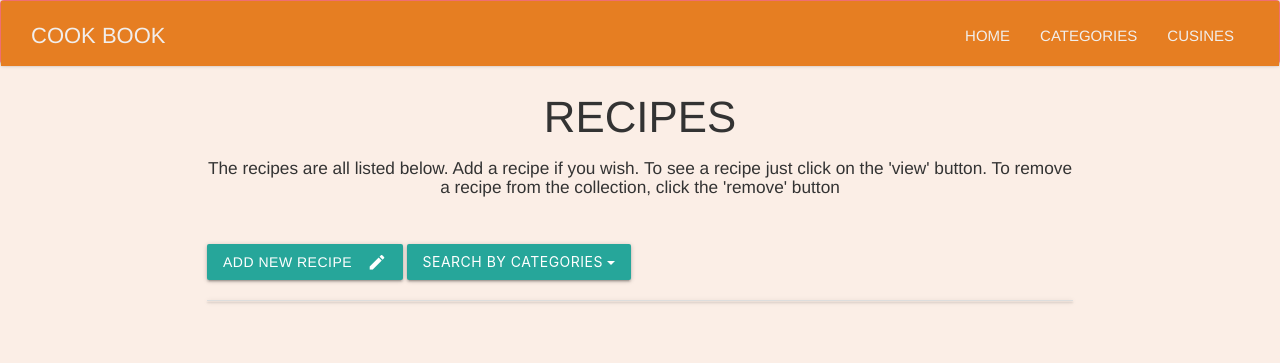
Repository: atena123/COOK-BOOK
Page: http://localhost/
The author's editor kept a record of every edit. The page is drawn from the files as they stood at one moment, then again after the next edit.
The browser window is 1280 px wide. The pictures show the whole page.
Some web libraries are served in a nearby version. The page is served by the project's application, run on Flask 3 (app.py). Queries for data that is not in the repository find no rows.

Above is the page before.

### templates/recipes.html
{% extends 'base.html' %}

    {% block content %}

    <h3>RECIPES</h3>

    <h6>The recipes are all listed below. Add a recipe if you wish. To see a recipe just click on the 'view' button. To remove
    a recipe from the collection, click the 'remove' button</h6>

    <!--Add New Recipe Button-->
    <div class="row">
      <a href="{{url_for('add_recipe')}}" class="waves-effect waves-light btn"><i class="material-icons right add-new-recipe-button">edit</i>ADD NEW RECIPE</a>
    <!--/.Add New Recipe Button-->

    <!--Search By Category Button-->
        <div class="btn-group">
          <button type="button" class="btn btn-default dropdown-toggle" data-toggle="dropdown" aria-haspopup="true" aria-expanded="false">
          Search By Categories <span class="caret"></span>
          </button>
          <ul class="dropdown-menu">
            {% for category in categories %}
            <li><a href="">{{category.category_name}}</a></li>
            {% endfor %}
          </ul>
        </div>
    </div>
    <!--/.Search By Category Button-->

    <!--List Of Recipes-->
    <ul class="collapsible" data-collapsible="accordion">
      {% for recipe in recipes %}
      <li>
        <div class="collapsible-header">
          <div class="col-md-12">
          <strong>{{recipe.recipe_name}}</strong> - {{recipe.category_name}}
        </div>

        <!--View Button-->
          <div class="col-md-12 col-xs-12 small-buttons">
          <a href="{{url_for('view_recipe', recipe_id=recipe._id)}}" class="waves-effect waves-light btn button view-button">VIEW</a>
          </div>
        <!--/.View Button-->
      </li>
      {% endfor %}
    </ul>
    <!--/.List Of Recipes-->

    {% endblock %}

### templates/base.html
<!DOCTYPE html>
<html>
    <head>
        <meta charset="utf-8">
        <meta http-equiv="X-UA-Compatible" content="IE=edge">
        <meta name="viewport" content="width=device-width, initial-scale=1">
        <link rel="stylesheet" href="https://maxcdn.bootstrapcdn.com/bootstrap/3.3.7/css/bootstrap.min.css" type="text/css" />
        <link href="https://fonts.googleapis.com/icon?family=Material+Icons" rel="stylesheet">
        <link rel="stylesheet" href="https://cdnjs.cloudflare.com/ajax/libs/materialize/1.0.0/css/materialize.min.css">
        <link rel="stylesheet" href="{{url_for('static', filename='css/style.css')}}" type="text/css" />
        <title>COOK BOOK</title>
    </head>
    <body>
        <!--Navbar-->
        <nav class="navbar">
            <div class="container-fluid navbar-container navbar-default bg-color-navbar">
                <div class="row">
                    <div class="col-xs-12">
                        <div class="navbar-header">
                            <button type="button" class="navbar-toggle collapsed" data-toggle="collapse" data-target="#bs-example-navbar-collapse-1" aria-expanded="false">
                                <span class="sr-only">Toggle navigation</span>
                                <span class="icon-bar"></span>
                                <span class="icon-bar"></span>
                                <span class="icon-bar"></span>
                            </button>
                            <a class="navbar-brand" href="{{url_for('find_recipes')}}">COOK BOOK</a>
                        </div>
                        <div class="collapse navbar-collapse" id="bs-example-navbar-collapse-1">
                            <ul class="nav navbar-nav navbar-right">
                                <li><a href="{{url_for('find_recipes')}}">HOME</a></li>
                                <li><a href="{{url_for('find_categories')}}">CATEGORIES</a></li>
                                <li><a href="{{url_for('find_cusines')}}">CUSINES</a></li>
                            </ul>
                        </div>
                    </div>
                </div>
            </div>
        </nav>
        <!--/.Navbar-->
        <div class="container">
        {% block content %}

        {% endblock %}
        </div>
        <script src="https://code.jquery.com/jquery-3.3.1.min.js" integrity="sha256-FgpCb/KJQlLNfOu91ta32o/NMZxltwRo8QtmkMRdAu8=" crossorigin="anonymous"></script>
        <script src="https://maxcdn.bootstrapcdn.com/bootstrap/3.3.7/js/bootstrap.min.js" integrity="sha384-Tc5IQib027qvyjSMfHjOMaLkfuWVxZxUPnCJA7l2mCWNIpG9mGCD8wGNIcPD7Txa" crossorigin="anonymous"></script>
        <script src="https://cdnjs.cloudflare.com/ajax/libs/jquery/3.2.1/jquery.min.js"></script>
        <script src="https://cdnjs.cloudflare.com/ajax/libs/materialize/1.0.0/js/materialize.min.js"></script>
        <script type="text/javascript">
        $(document).ready(function(){
        $('.collapsible').collapsible();
        $('select').formSelect();
        });
        </script>

    </body>
</html>

### app.py
import os
from flask import Flask, render_template, redirect, request, url_for, session
from flask_pymongo import PyMongo
from bson.objectid import ObjectId

app = Flask(__name__)
app.secret_key = "cookbook321"

app.config["MONGO_DBNAME"] ='cook_book'
app.config["MONGO_URI"] = 'mongodb+srv://AnetA:AnetA2@myfirstcluster-sfmlq.mongodb.net/cook_book?retryWrites=true&w=majority'

mongo = PyMongo(app)





#-------------RECIPES-------------

@app.route('/')
@app.route('/find_recipes')
def find_recipes():
        """Find Recipe Page"""
        return render_template("recipes.html", recipes=mongo.db.recipes.find(), categories=mongo.db.categories.find())


@app.route('/add_recipe')
def add_recipe():
        """Add Recipe Page"""
        all_categories = mongo.db.categories.find()
        all_cusines = mongo.db.cusines.find()
        return render_template('add_recipe.html', categories=all_categories, cusines=all_cusines)


@app.route('/insert_recipe', methods=['POST'])
def insert_recipe():
        """Enable To Add Recipe And Redirect To Recipe Page"""
        recipes=mongo.db.recipes
        recipes.insert_one(request.form.to_dict())
        return redirect(url_for('find_recipes'))


@app.route('/view_recipe/<recipe_id>')
def view_recipe(recipe_id):
        """Enable To View Particular Recipe"""
        my_recipe =  mongo.db.recipes.find_one({"_id": ObjectId(recipe_id)})
        return render_template('view_recipe.html', recipe=my_recipe)


@app.route('/edit_recipe/<recipe_id>')
def edit_recipe(recipe_id):
        """Enable To Edit Particular Recipe"""
        this_recipe = mongo.db.recipes.find_one({"_id": ObjectId(recipe_id)})
        all_categories = mongo.db.categories.find()
        all_cusines = mongo.db.cusines.find()
        return render_template('edit_recipe.html', recipe=this_recipe,
                            categories=all_categories, cusines=all_cusines)


@app.route('/update_recipe/<recipe_id>', methods= ['POST'])
def update_recipe(recipe_id):
        """Enable To Update Recipe And Redirect To Recipe Page"""
        recipes=mongo.db.recipes
        recipes.update({"_id": ObjectId(recipe_id)},

        {
        'category_name': request.form.get('category_name'),
        'recipe_name': request.form.get('recipe_name'),
        'recipe_ingredients': request.form.get('recipe_ingredients'),
        'recipe_method': request.form.get('recipe_method'),
        'recipe_description': request.form.get('recipe_description'),
        'preparation_time': request.form.get('preparation_time'),
        'recipe_servings': request.form.get('recipe_servings'),
        'cusine_name': request.form.get('cusine_name'),
        'cooking_time': request.form.get('cooking_time')
        })

        return redirect(url_for('find_recipes'))


@app.route('/delete_recipe/<recipe_id>')
def delete_recipe(recipe_id):
        """Enable To Delete Particular Recipe"""
        mongo.db.recipes.remove({'_id': ObjectId(recipe_id)})
        return redirect(url_for('find_recipes'))










#-------CATEGORIES--------

@app.route('/find_categories')
def find_categories():
        """Find Categories Page"""
        return render_template('categories.html', categories=mongo.db.categories.find())


@app.route('/new_category')
def new_category():
        """Add Category Page"""
        return render_template('add_category.html')


@app.route('/add_category', methods=['POST'])
def add_category():
        """Enable To Add Category And Redirect To Categories Page"""
        my_category = {'category_name': request.form.get('category_name')}
        mongo.db.categories.insert_one(my_category)
        return redirect(url_for('find_categories'))


@app.route('/edit_category/<category_id>')
def edit_category(category_id):
        """Edit Category Page"""
        return render_template('edit_category.html', category=mongo.db.categories.find_one({'_id': ObjectId(category_id)}))


@app.route('/update_category/<category_id>', methods=['POST'])
def update_category(category_id):
        """Enable To Update Category And Redirect To Cateories Page"""
        mongo.db.categories.update({'_id': ObjectId(category_id)}, {'category_name': request.form.get('category_name')})
        return redirect(url_for('find_categories'))


@app.route('/delete_category/<category_id>')
def delete_category(category_id):
        """Enable To Delete Category"""
        mongo.db.categories.remove({'_id': ObjectId(category_id)})
        return redirect(url_for('find_categories'))








#-------Cusines---------

@app.route('/find_cusines')
def find_cusines():
        """Cusines Page"""
        return render_template('cusines.html', cusines=mongo.db.cusines.find())


@app.route('/edit_cusine/<cusine_id>')
def edit_cusine(cusine_id):
        """Enable Edit Cusine Page"""
        return render_template('edit_cusine.html', cusine=mongo.db.cusines.find_one({'_id': ObjectId(cusine_id)}))


@app.route('/add_cusine')
def add_cusine():
        """Add Cusine Page"""
        return render_template('add_cusine.html')


@app.route('/new_cusine', methods=['POST'])
def new_cusine():
        """Enable To Add New Cusine And Redirect To Cusines Page"""
        my_cusine = {'cusine_name': request.form.get('cusine_name')}
        mongo.db.cusines.insert_one(my_cusine)
        return redirect(url_for('find_cusines'))


@app.route('/update_cusine/<cusine_id>', methods=['POST'])
def update_cusine(cusine_id):
        """Enable To Update Cusine And Redirect To Cusines Page"""
        mongo.db.cusines.update({'_id': ObjectId(cusine_id)}, {'cusine_name': request.form.get('cusine_name')})
        return redirect(url_for('find_cusines'))


@app.route('/delete_cusine/<cusine_id>')
def delete_cusine(cusine_id):
        """Enable To Delete Cusine And Redirect To Cusines Page"""
        mongo.db.cusines.remove({'_id': ObjectId(cusine_id)})
        return redirect(url_for('find_cusines'))



if __name__ == '__main__':
        app.run(host=os.environ.get('IP'),
        port=int(os.environ.get('PORT')),
        debug=True)

### static/css/style.css
* {
    margin: 0;
    padding: 0;
}

body {
    background-color: #FBEEE6;
}

h3, h6 {
    text-align: center;
}

h6 {
    padding-bottom: 40px;
}

h1 {
    text-align: center;
    margin-top: 200px;
}

.login-form {
    text-align: center;
    padding-top: 20px;
}

/*------------------------View Page-----------------------*/

.heading {
    text-align: center;
}

.large-heading {
    font-size: 20px;
    padding-top: 20px;
}

.small-headings {
    padding-top: 40px;
}

.small-headings p {
    color: #E67E22;
    font-weight: bold;
}

/*-------------------------Small Buttons--------------------*/

.button {
    height: 24px;
    width: 80px;
    line-height: 24px;
    margin: 6px 6px;
    padding: 0 0.5em;

}

.small-buttons {
    text-align: right;
}

.view-button, .edit-button {
    background-color: #5DADE2;
}

.view-button:hover, .edit-button:hover {
    background-color: #2E86C1;
    color: white;
}

.remove-button {
    background-color: #EC7063;
}

.remove-button:hover {
    background-color: #CB4335;
    color: white;
}




/*-------------------------Big Buttons---------------*/


.add_recipe_button,
.update_recipe_button {
    text-align: center;
}

.edit_recipe_button {
    text-align: center;
    padding-top: 35px;
}



/*-------------------------Navbar-------------------------*/
.navbar {
    margin: 0;
    padding: 0;
}

.bg-color-navbar {
    background-color: #E67E22;
    height: 65px;
}

.navbar-default .navbar-brand {
    color: #F1EEEC;
    padding-top: 25px;
    font-size: 22px;
    transition: color 0.7s ease-in-out;
    -o-transition: color 0.7s ease-in-out;
    -moz-transition: color 0.7s ease-in-out;
    -webkit-transition: color 0.7s ease-in-out;
}


.navbar-default .navbar-brand:hover {
    color: #3B3B3A;
}


.navbar-default .navbar-nav>li>a {
    color: #F1EEEC;
    padding-top: 25px;
    transition: color 0.7s ease-in-out;
    -o-transition: color 0.7s ease-in-out;
    -moz-transition: color 0.7s ease-in-out;
    -webkit-transition: color 0.7s ease-in-out;
 }


.navbar-default .navbar-nav>li>a:hover {
    color: #3B3B3A;
}

After the next edit:
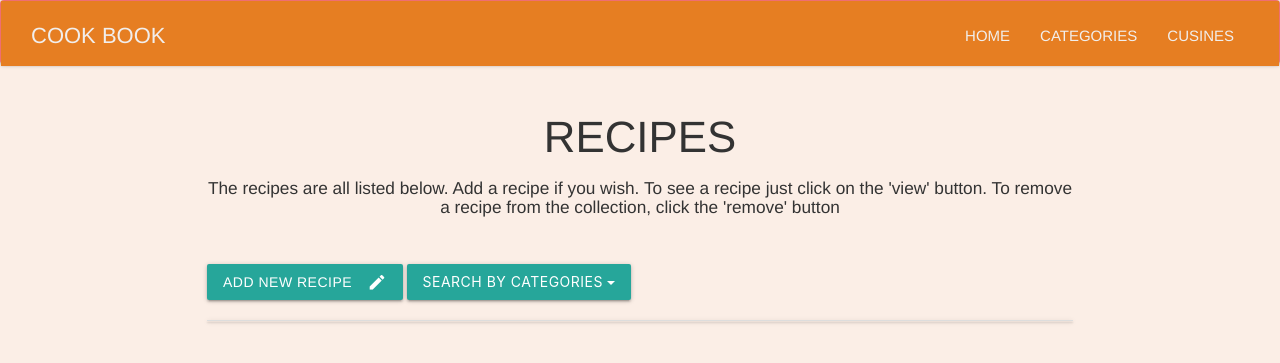
The edit:
--- a/static/css/style.css
+++ b/static/css/style.css
@@ -97,10 +97,6 @@
 
 
 /*-------------------------Navbar-------------------------*/
-.navbar {
-    margin: 0;
-    padding: 0;
-}
 
 .bg-color-navbar {
     background-color: #E67E22;
